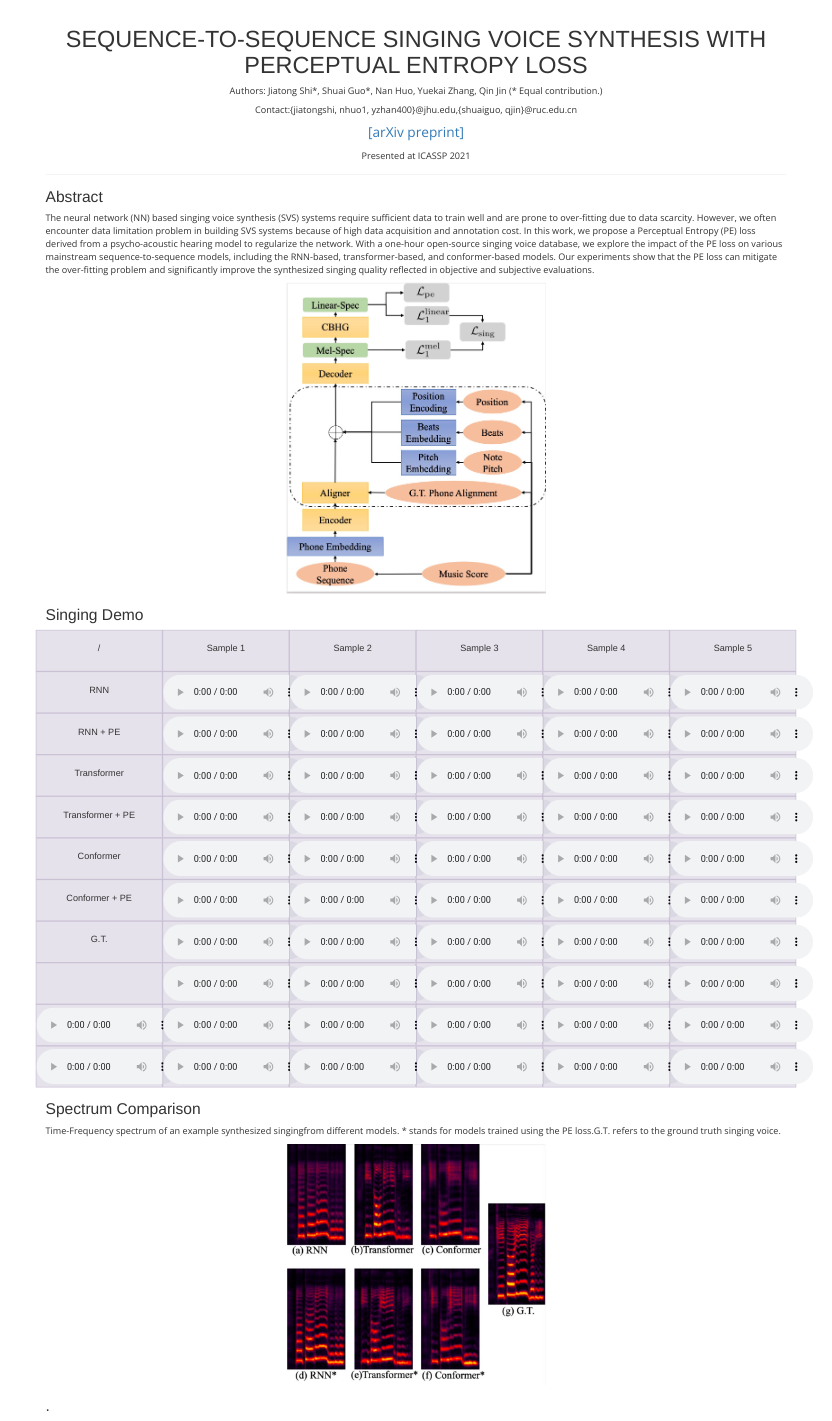
Repository: PeterGuoRuc/SVS_pe.github.io
Page: index.html
The author's editor kept a copy of each file at every save. The page is drawn from the files as they stood at one save, then again after the next save.
The browser window is 1280 px wide. The pictures show the whole page, at 65% of full size.

Above is the page before, as saved 2021-06-06 20:17:41.

After the next save:
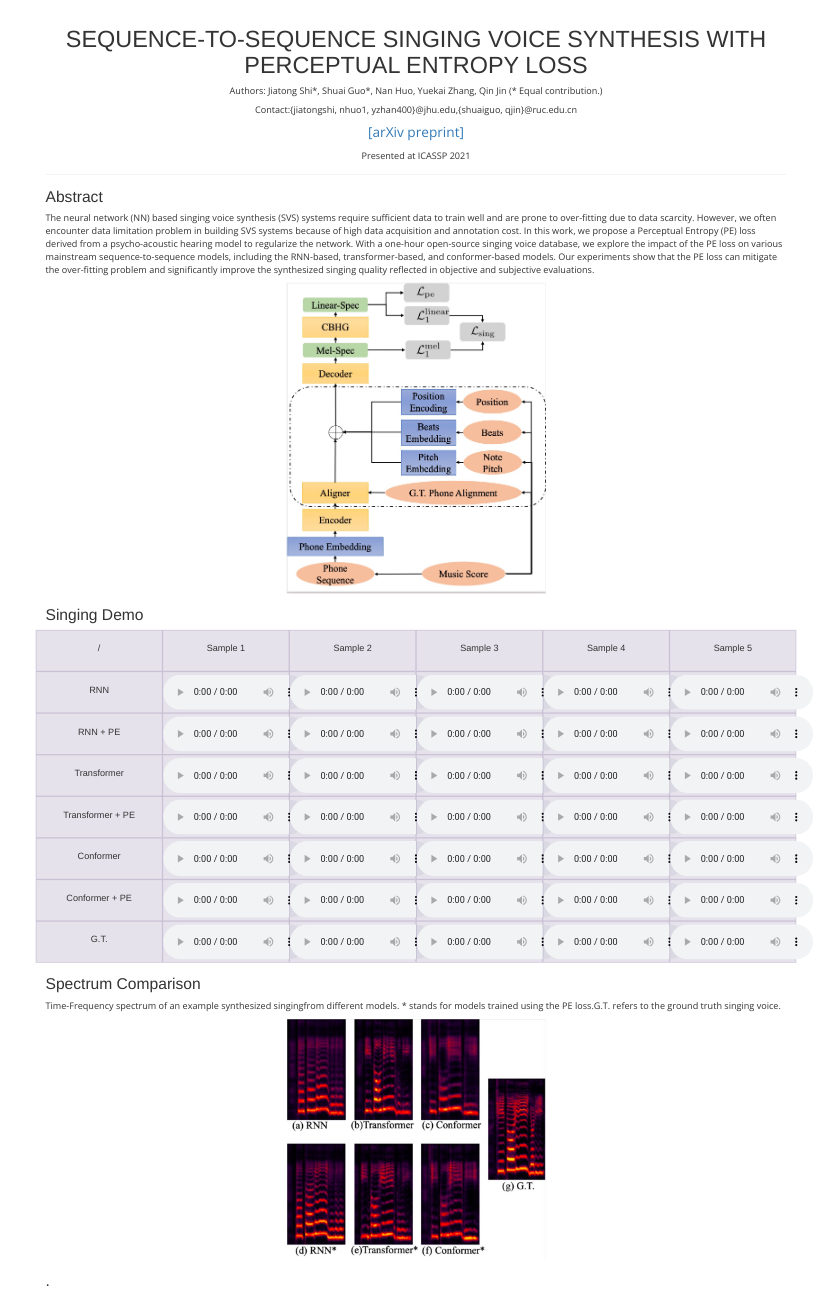
Saved 71 s later.
--- a/index.html
+++ b/index.html
@@ -107,52 +107,27 @@
       </div>
       <div class="row">
         <div class="col-md-2">Conformer</div>
-        <div class="col-md-2"><audio src="files/rnn/3.wav" controls></audio></div>
-        <div class="col-md-2"><audio src="files/rnn/6.wav" controls></audio></div>
-        <div class="col-md-2"><audio src="files/rnn/7.wav" controls></audio></div>
-        <div class="col-md-2"><audio src="files/rnn/8.wav" controls></audio></div>
-        <div class="col-md-2"><audio src="files/rnn/9.wav" controls></audio></div>
+        <div class="col-md-2"><audio src="files/conformer/3.wav" controls></audio></div>
+        <div class="col-md-2"><audio src="files/conformer/6.wav" controls></audio></div>
+        <div class="col-md-2"><audio src="files/conformer/7.wav" controls></audio></div>
+        <div class="col-md-2"><audio src="files/conformer/8.wav" controls></audio></div>
+        <div class="col-md-2"><audio src="files/conformer/9.wav" controls></audio></div>
       </div>
       <div class="row">
         <div class="col-md-2">Conformer + PE</div>
-        <div class="col-md-2"><audio src="files/rnn/3.wav" controls></audio></div>
-        <div class="col-md-2"><audio src="files/rnn/6.wav" controls></audio></div>
-        <div class="col-md-2"><audio src="files/rnn/7.wav" controls></audio></div>
-        <div class="col-md-2"><audio src="files/rnn/8.wav" controls></audio></div>
-        <div class="col-md-2"><audio src="files/rnn/9.wav" controls></audio></div>
+        <div class="col-md-2"><audio src="files/conformer_pe/3.wav" controls></audio></div>
+        <div class="col-md-2"><audio src="files/conformer_pe/6.wav" controls></audio></div>
+        <div class="col-md-2"><audio src="files/conformer_pe/7.wav" controls></audio></div>
+        <div class="col-md-2"><audio src="files/conformer_pe/8.wav" controls></audio></div>
+        <div class="col-md-2"><audio src="files/conformer_pe/9.wav" controls></audio></div>
       </div>
       <div class="row">
         <div class="col-md-2">G.T.</div>
-        <div class="col-md-2"><audio src="files/rnn/3.wav" controls></audio></div>
-        <div class="col-md-2"><audio src="files/rnn/6.wav" controls></audio></div>
-        <div class="col-md-2"><audio src="files/rnn/7.wav" controls></audio></div>
-        <div class="col-md-2"><audio src="files/rnn/8.wav" controls></audio></div>
-        <div class="col-md-2"><audio src="files/rnn/9.wav" controls></audio></div>
-      </div>
-
-      <div class="row">
-        <div class="col-md-2"></div>
-        <div class="col-md-2"><audio src="files/2_Feel_4.mp3" controls></audio></div>
-        <div class="col-md-2"><audio src="files/2_Feel_4.mp3" controls></audio></div>
-        <div class="col-md-2"><audio src="files/2_Feel_4.mp3" controls></audio></div>
-        <div class="col-md-2"><audio src="files/3_Feel_4.mp3" controls></audio></div>
-        <div class="col-md-2"><audio src="files/4_Feel_4.mp3" controls></audio></div>
-      </div>
-      <div class="row">
-        <div class="col-md-2"><audio src="files/1_Feel_4.mp3" controls></audio></div>
-        <div class="col-md-2"><audio src="files/2_Feel_4.mp3" controls></audio></div>
-        <div class="col-md-2"><audio src="files/2_Feel_4.mp3" controls></audio></div>
-        <div class="col-md-2"><audio src="files/2_Feel_4.mp3" controls></audio></div>
-        <div class="col-md-2"><audio src="files/3_Feel_4.mp3" controls></audio></div>
-        <div class="col-md-2"><audio src="files/4_Feel_4.mp3" controls></audio></div>
-      </div>
-      <div class="row">
-        <div class="col-md-2"><audio src="files/1_Feel_4.mp3" controls></audio></div>
-        <div class="col-md-2"><audio src="files/2_Feel_4.mp3" controls></audio></div>
-        <div class="col-md-2"><audio src="files/2_Feel_4.mp3" controls></audio></div>
-        <div class="col-md-2"><audio src="files/2_Feel_4.mp3" controls></audio></div>
-        <div class="col-md-2"><audio src="files/3_Feel_4.mp3" controls></audio></div>
-        <div class="col-md-2"><audio src="files/4_Feel_4.mp3" controls></audio></div>
+        <div class="col-md-2"><audio src="files/GT/3_true.wav" controls></audio></div>
+        <div class="col-md-2"><audio src="files/GT/6_true.wav" controls></audio></div>
+        <div class="col-md-2"><audio src="files/GT/7_true.wav" controls></audio></div>
+        <div class="col-md-2"><audio src="files/GT/8_true.wav" controls></audio></div>
+        <div class="col-md-2"><audio src="files/GT/9_true.wav" controls></audio></div>
       </div>
 
       <h3>Spectrum Comparison</h3>
